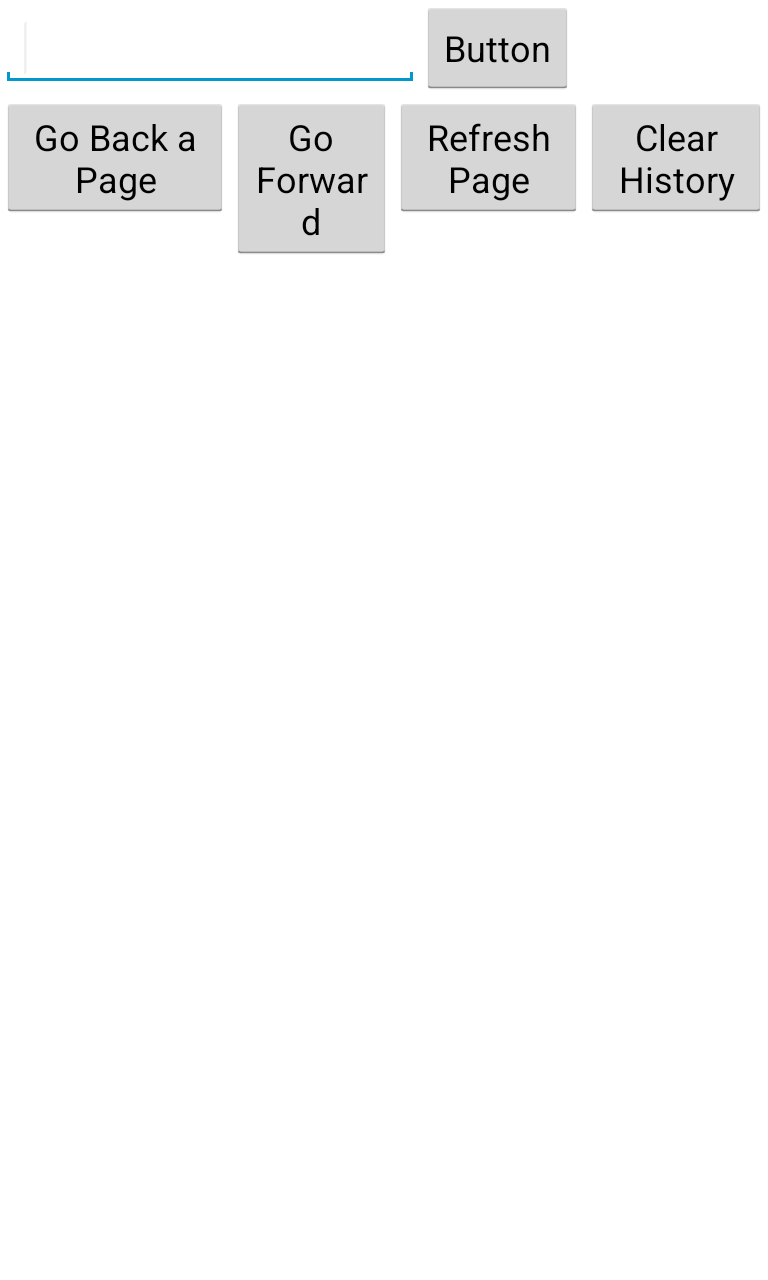
Repository: pcombi/android_dev
Layout: ExampleApp/res/layout/simplebrowser.xml
These files come from the project's save history. The layout is drawn as it stood at one moment and after the next save; the edit follows.
It is drawn on a 768 x 1280 px phone screen (xhdpi) without system bars, with theme AppTheme; the app's code is not run.

Above is the layout before, as saved 2012-12-24 23:18:06.

### ExampleApp/res/layout/simplebrowser.xml
<?xml version="1.0" encoding="utf-8"?>
<LinearLayout xmlns:android="http://schemas.android.com/apk/res/android"
    android:layout_width="match_parent"
    android:layout_height="match_parent"
    android:orientation="vertical" >

    <LinearLayout
        xmlns:android="http://schemas.android.com/apk/res/android"
        android:layout_width="wrap_content"
        android:layout_height="wrap_content"
        android:orientation="horizontal"
        android:weightSum="10" >

        <EditText
            android:id="@+id/etURL"
            android:layout_width="match_parent"
            android:layout_height="wrap_content"
            android:layout_weight="2"
            android:ems="10" >

            <requestFocus />
        </EditText>

        <Button
            android:id="@+id/bGo"
            android:layout_width="wrap_content"
            android:layout_height="wrap_content"
            android:layout_weight="8"
            android:text="Button" />
    </LinearLayout>

    <LinearLayout
        xmlns:android="http://schemas.android.com/apk/res/android"
        android:layout_width="wrap_content"
        android:layout_height="wrap_content"
        android:orientation="horizontal"
        android:weightSum="8" >

        <Button
            android:id="@+id/bBack"
            android:layout_width="wrap_content"
            android:layout_height="wrap_content"
            android:layout_weight="2"
            android:text="Go Back a Page" />

        <Button
            android:id="@+id/bForward"
            android:layout_width="wrap_content"
            android:layout_height="wrap_content"
            android:layout_weight="2"
            android:text="Go Forward" />

        <Button
            android:id="@+id/bRefresh"
            android:layout_width="wrap_content"
            android:layout_height="wrap_content"
            android:layout_weight="2"
            android:text="Refresh Page" />

        <Button
            android:id="@+id/bHistory"
            android:layout_width="wrap_content"
            android:layout_height="wrap_content"
            android:layout_weight="2"
            android:text="Clear History" />
    </LinearLayout>

</LinearLayout>

Loaded but not shown: ExampleApp/res/values/styles.xml (common file); ExampleApp/res/values-v11/styles.xml (common file); ExampleApp/res/values-v14/styles.xml (common file)

After the next save:
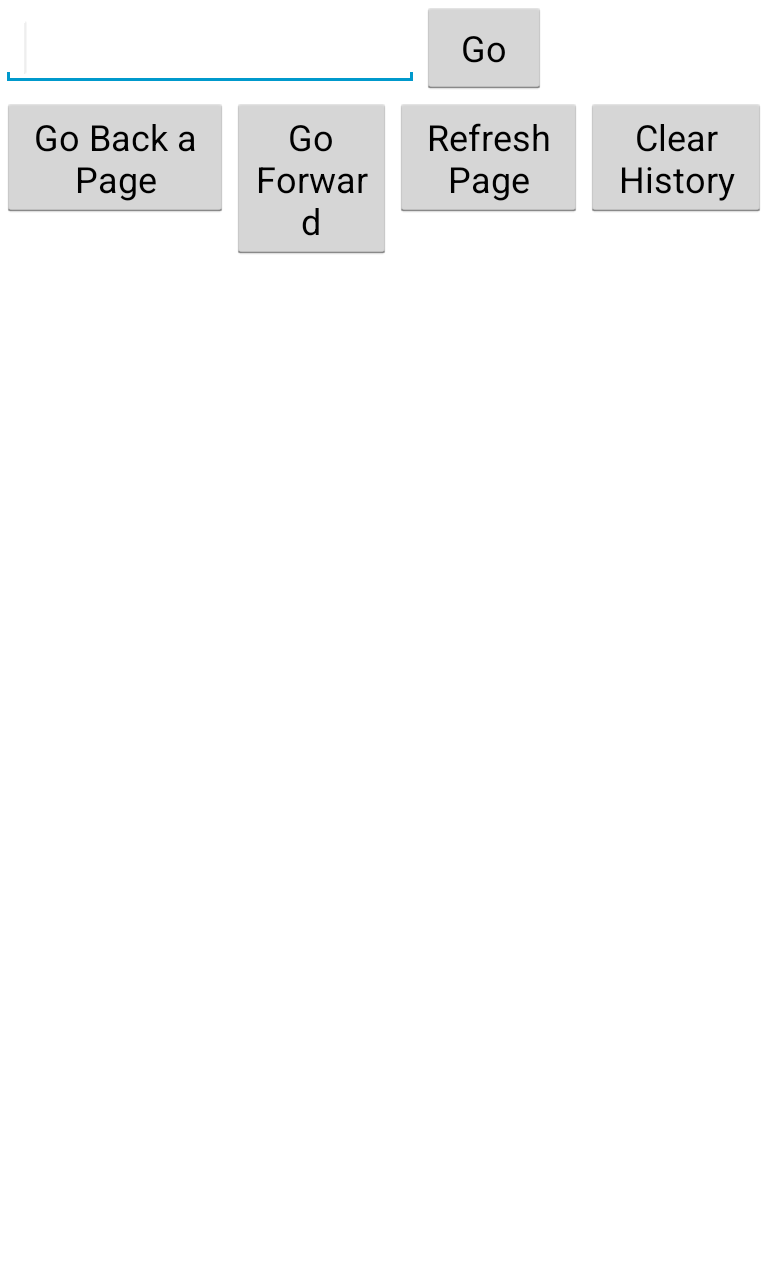
Saved 10 s later.
--- a/ExampleApp/res/layout/simplebrowser.xml
+++ b/ExampleApp/res/layout/simplebrowser.xml
@@ -26,7 +26,7 @@
             android:layout_width="wrap_content"
             android:layout_height="wrap_content"
             android:layout_weight="8"
-            android:text="Button" />
+            android:text="Go" />
     </LinearLayout>
 
     <LinearLayout
